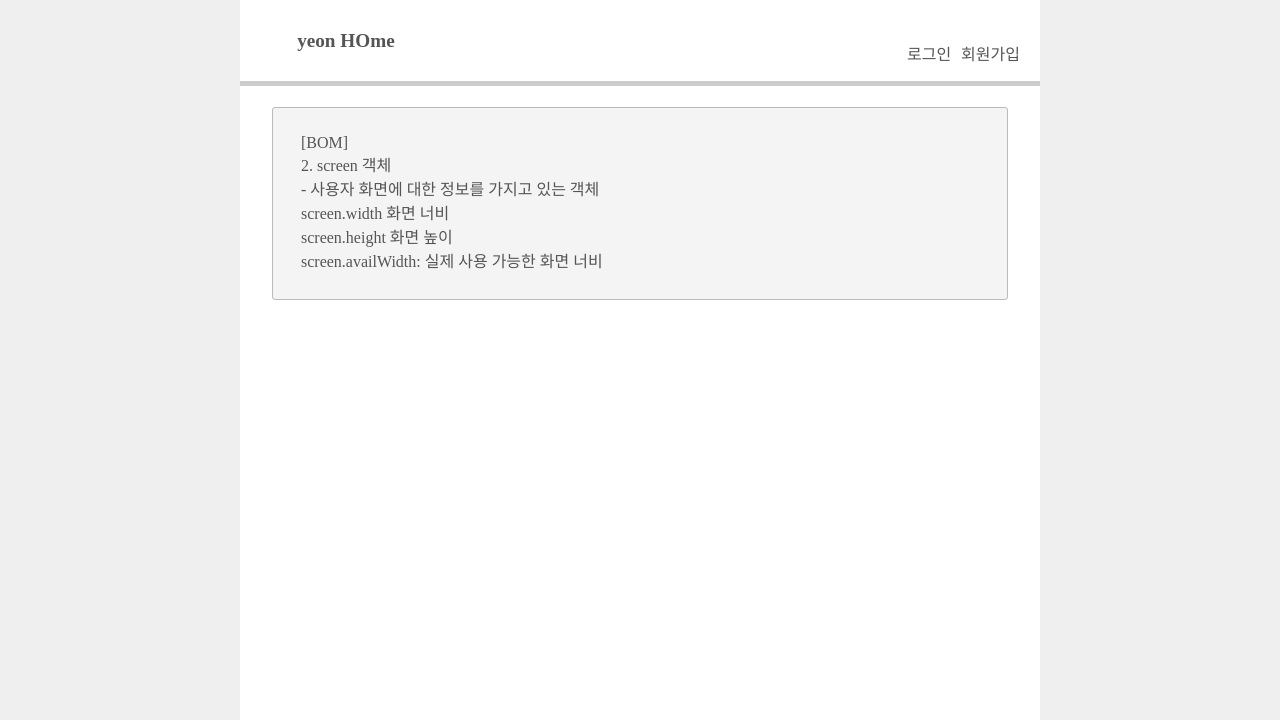
Repository: yeonhwa323/webPro
Page: webPro/src/main/webapp/javascript/days08/ex11.html
An editor plug-in stored every save of this project. The page is shown before and after the next save, followed by the edit.
The browser window is 1280 px wide. The pictures show the whole page.
Some web fonts or font styles are not loaded; a fallback is used.

Above is the page before, as saved 2024-04-16 05:36:57.

### webPro/src/main/webapp/javascript/days08/ex11.html
<!DOCTYPE html>
<html>
<head>
<meta charset="UTF-8">
<meta name="viewport" content="width=device-width, initial-scale=1.0">
<title>Insert title here</title>
<link rel="shortcut icon" type="image/x-icon" href="http://localhost/webPro/images/SiSt.ico">
<script src="https://ajax.googleapis.com/ajax/libs/jquery/3.7.1/jquery.min.js"></script>
<link rel="stylesheet" href="http://localhost/webPro/resources/cdn-main/example.css">
<script src="http://localhost/webPro/resources/cdn-main/example.js"></script>
<style>
 span.material-symbols-outlined{
   vertical-align: text-bottom;
 }
</style>
</head>
<body>
<header>
  <h1 class="main"><a href="#" style="position: absolute;top:30px;">yeon HOme</a></h1>
  <ul>
    <li><a href="#">로그인</a></li>
    <li><a href="#">회원가입</a></li>
  </ul>
</header>
<div>
  <xmp class="code">
   [BOM]
   2. screen 객체
   - 사용자 화면에 대한 정보를 가지고 있는 객체
   screen.width 화면 너비
   screen.height 화면 높이
   screen.availWidth: 실제 사용 가능한 화면 너비
  </xmp>
</div>
</body>
</html>

### webPro/src/main/webapp/resources/cdn-main/example.css
@charset "UTF-8";

@import url('https://fonts.googleapis.com/css2?family=Material+Symbols+Outlined:opsz,wght,FILL,GRAD@20..48,100..700,0..1,-50..200');

@font-face {
    font-family: 'GmarketSansMedium';
    src: url('https://cdn.jsdelivr.net/gh/projectnoonnu/noonfonts_2001@1.1/GmarketSansMedium.woff') format('woff');
    font-weight: normal;
    font-style: normal;
}

:root {
	--text-color: #555;
	--sub-text-color: #777;
	--back-color: #EFEFEF;
	--header-color: #444;
	--primary-color: #DEDEDE;
	--secondary-color: #EFEFEF;
	--default-width: 800px;
	--narrow-width: 500px;
	--wide-width: 1200px;
	--text-font: 'GmarketSansMedium';
	--icon-font: 'Material Symbols Outlined';
	--border-color: #CCC;
}

html, body {
	margin: 0;
	padding: 0;
}

html {
	background-color: var(--back-color);
	display: flex;
	justify-content: center;
	min-height: 100vh;
}

body, body.default {
	width: var(--default-width);
	background-color: white;
	padding-bottom: 120px;
}

body.wide {
	width: var(--wide-width);
}

body.narrow {
	width: var(--narrow-width);
}



body, p, div, span, a, input, select, option, textarea, button, table, th, td, label, fieldset, legend {
	font-family: var(--text-font);
	color: var(--text-color);
}

h1, h2, h3 {
	font-family: var(--text-font);
	color: var(--header-color);
	padding: 0 1rem;
	padding-top: .5rem;
}

div > h1, div > h2, div > h3 {
	padding: 0;
}

body > div, body > main > div {
	padding: 0.3rem 1rem;
}


h1 { font-size: 2rem; border-bottom: 1px solid var(--border-color); }
h1 small { font-size: 1.2rem; color: var(--sub-text-color); }
h2 { font-size: 1.5rem; border-bottom: 1px dashed var(--border-color); }
h2 small { font-size: 1.1rem; color: --sub-text-color; }
h3 { font-size: 1.2rem; }
h3 small { font-size: 1rem; color: --sub-text-color; }



h1.main::before {
	font-family: var(--icon-font);
  	content: '\e666';
  	margin-right: 10px;
  	float: left;
	font-size: 2.5rem;
}

h1.sub::before {
	font-family: var(--icon-font);
  	content: '\ea19';
  	margin-right: 10px;
  	float: left;
	font-size: 2.5rem;
}


h1.page::before {
	font-family: var(--icon-font);
  	content: '\e0e0';
  	margin-right: 10px;
  	float: left;
	font-size: 2.5rem;
}

body > header > ul > li > .active{
	background-color: #FFF;
	color:#F00;
}

body > header {
	display: flex;
	justify-content: space-between;
	border-bottom: 5px solid var(--border-color);
	min-height: 74px;
	background-color: #FFF;
}

body > header.sticky {
	position: sticky;
	top: 0;
	z-index: 98;
}

body > header > h1 {
	font-size: 1.2rem;
	border: 0;
}

body > header.in > h1::before {
	font-family: var(--icon-font);
  	content: '\e332‥';
  	margin-right: 3px;
  	float: left;
	font-size: 2rem;
}


body > header > ul {
	list-style-type: none;
	display: flex;
	align-items: flex-end;
	margin-right: 10px;
}

body > header > ul > li {
	margin-right: 10px;
	cursor: pointer;
}

body > header > ul > li > a {
	cursor: pointer;
}


form {
	display: block;
}

form > div {
	padding: 0.3rem 1rem;
}

div > form > div {
	padding: 0.3rem 0;
}

input, textarea, button, select {
	border: 1px solid #BBB;
	border-radius: 3px;
	outline: none;
	resize: none;
	padding: 7px;
	margin: 0;
}

input[type=text]:read-only, textarea:read-only {
	cursor: not-allowed;
	background-color: #FFF;
}

input[type=text]:disabled, textarea:disabled {
	cursor: not-allowed;
	background-color: #EEE;
}

input[type=text], input[type=password], textarea, button, select {
	/* width: 300px; */
}

textarea {
	display: block;
	height: 100px;
}

input[type=button], input[type=submit], button {
	/* width: inherit; */
}

input.short, textarea.short, button.short, select.short {
	width: 100px;
}

input.long, textarea.long, button.long, select.long {
	width: 350px;
}

.narrow input.long, .narrow textarea.long, .narrow button.long, .narrow select.long {
	width: calc(100% - 20px);
}

input.full, textarea.full, button.full, select.full {
	width: calc(100% - 20px);
}

textarea.short {
	height: 50px;
}

textarea.long {
	height: 100px;
}

textarea.full {
	height: 200px;
}

input, textarea {
	padding-top: 8px;
}

input[type=button], input[type=submit], button {
	padding: 5px 10px;
	background-color: var(--secondary-color);
	cursor: pointer;
	min-height: 36px;
}

input[type=button].primary, input[type=submit].primary, button.primary {
	/* background-color: rgba(100, 149, 237, .2); */
	background-color: var(--primary-color);
}

input[type=button].primary:hover, input[type=submit].primary:hover, button.primary:hover {
	/* background-color: rgba(100, 149, 237, .3); */
	background-color: var(--secondary-color);
}

input[type=button]:hover, input[type=submit]:hover, button:hover {
	background-color: var(--primary-color);
}

button {
	position: relative;
	left: 0;
	top: 0;
	padding-left: 35px;
}

button .material-symbols-outlined {
	position: absolute;
	left: 10px;
	top: 4px;
}

/* k2nik add */
button.login::before {
	font-family: var(--icon-font);
  	content: '\ea77';
	position: absolute;
	left: 11px;
	top: 4px;
	font-size: 1.25rem;
}

/* k2nik logout */
button.logout::before {
	font-family: var(--icon-font);
  	content: '\e9ba';
	position: absolute;
	left: 11px;
	top: 4px;
	font-size: 1.25rem;
}

/* k2nik help */
button.help::before {
	font-family: var(--icon-font);
  	content: '\f1c0';
	position: absolute;
	left: 11px;
	top: 4px;
	font-size: 1.25rem;
}

button.add::before{
	font-family: var(--icon-font);
  	content: '\e746';
	position: absolute;
	left: 11px;
	top: 4px;
	font-size: 1.25rem;
}

button.back::before {
	font-family: var(--icon-font);
  	content: '\e166';
	position: absolute;
	left: 11px;
	top: 4px;
	font-size: 1.25rem;
}

button.list::before {
	font-family: var(--icon-font);
  	content: '\e0ee';
	position: absolute;
	left: 11px;
	top: 4px;
	font-size: 1.25rem;
}


button.del::before {
	font-family: var(--icon-font);
  	content: '\e872';
	position: absolute;
	left: 11px;
	top: 4px;
	font-size: 1.25rem;
}


button.edit::before {
	font-family: var(--icon-font);
  	content: '\e745';
	position: absolute;
	left: 11px;
	top: 4px;
	font-size: 1.25rem;
}


button.login::before {
	font-family: var(--icon-font);
  	content: '\ea77';
	position: absolute;
	left: 11px;
	top: 4px;
	font-size: 1.25rem;
}


button.logout::before {
	font-family: var(--icon-font);
  	content: '\e9ba';
	position: absolute;
	left: 11px;
	top: 4px;
	font-size: 1.25rem;
}


button.in::before {
	font-family: var(--icon-font);
  	content: '\f71a';
	position: absolute;
	left: 11px;
	top: 4px;
	font-size: 1.25rem;
}


button.out::before {
	font-family: var(--icon-font);
  	content: '\f70e';
	position: absolute;
	left: 11px;
	top: 4px;
	font-size: 1.25rem;
}


button.reply::before {
	font-family: var(--icon-font);
  	content: '\e15e';
	position: absolute;
	left: 11px;
	top: 4px;
	font-size: 1.25rem;
}


button.comment::before {
	font-family: var(--icon-font);
  	content: '\e0b9';
	position: absolute;
	left: 11px;
	top: 4px;
	font-size: 1.25rem;
}


button.modal::before {
	font-family: var(--icon-font);
  	content: '\e89e';
	position: absolute;
	left: 11px;
	top: 4px;
	font-size: 1.25rem;
}


button.ok::before {
	font-family: var(--icon-font);
  	content: '\e86c';
	position: absolute;
	left: 11px;
	top: 4px;
	font-size: 1.25rem;
}


button.cancel::before {
	font-family: var(--icon-font);
  	content: '\e5c9';
	position: absolute;
	left: 11px;
	top: 4px;
	font-size: 1.25rem;
}

button.search::before {
	font-family: var(--icon-font);
  	content: '\e8b6';
	position: absolute;
	left: 11px;
	top: 4px;
	font-size: 1.25rem;
}

button.home::before {
	font-family: var(--icon-font);
  	content: '\e88a';
	position: absolute;
	left: 11px;
	top: 4px;
	font-size: 1.25rem;
}


button.sidebar::before {
	font-family: var(--icon-font);
  	content: '\f7e4';
	position: absolute;
	left: 11px;
	top: 4px;
	font-size: 1.25rem;
}


button.sidebar-right::before {
	font-family: var(--icon-font);
  	content: '\f7e5';
	position: absolute;
	left: 11px;
	top: 4px;
	font-size: 1.25rem;
}




button::before {
	font-family: var(--icon-font);
  	content: '\e323';
	position: absolute;
	left: 11px;
	top: 4px;
	font-size: 1.25rem;
}


table {
	border-collapse: collapse;
	margin: 1rem;
	box-sizing: border-box;
	width: calc(100% - 32px);
}

table.content {
	width: auto;
}

div > table {
	margin: 0;
}

table th, table td {
	border: 1px solid var(--border-color);
	padding: 7px;
	font-weight: normal;
}

table th {
	background-color: var(--back-color);
}

table.vertical th {
	width: 150px;
}

table.vertical td {
	width: calc(100% - 182px);
	padding-left: 10px;
}

table.content td, table.content th {
	width: auto;
}

body.narrow table.vertical th {
	width: 100px;
}

body.narrow table.vertical td {
	width: calc(100% - 182px);
}


table + table {
	margin-top: 30px;
}


p {
	padding: 0 1rem;
}

a {
	text-decoration: none;
}

a:hover {
	color: rgba(255, 99, 71, .7);
}

hr {
	border: 0;
	border-top: 1px solid var(--border-color);
	margin: 2rem 0;
}

.message {
	border: 1px solid var(--border-color);
	background-color: #EFEFEF;
	margin: 1rem;
	width: auto;
	padding-top: 10px;
	padding-bottom: 10px;
	font-size: 14px;
}

.message[title]::before {
	content: attr(title);
	display: block;
	border-bottom: 1px solid var(--border-color);
	padding-bottom: 5px;
	margin-bottom: 10px;
	margin-top: 7px;
}

.message.short {
	max-width: 250px;
}

.message.long {
	max-width: 500px;
}

.badge {
	float: right;
	font-size: .8rem;
	margin-top: 2px;
	margin-right: 2px;
	text-shadow: 0 0 7px gray;
}

.badge.left {
	float: none;
	margin-left: 2px;
}

.badge.right {
	float: right;
}

.badge.red {
	border-radius: 50%;
	padding: 2px 5px;
	background-color: rgb(255, 99, 71, .3);
}

.badge.yellow {

	border-radius: 50%;
	padding: 2px 5px;
	background-color: rgb(255, 215, 0, .5);
}

.badge.blue {
	border-radius: 50%;
	padding: 2px 5px;
	background-color: rgb(100, 149, 237, .3);
}

label + label {
	margin-left: 7px;
}

label input[type=checkbox], label input[type=radio] {
	transform: translate(0, 1px);
}

.group {
	display: flex;
}

.modal-content .group {
	margin-bottom: .5rem;
}

.group label {
	border: 1px solid #BBB;
	border-radius: 3px;
	outline: none;
	resize: none;
	padding: 7px 14px;
	margin: 0;
	border-top-right-radius: 0;
	border-bottom-right-radius: 0;
	background-color: #EFEFEF;
	white-space: nowrap;
	font-size: 14px;
}

.group input[type=text] {
	margin-left: -1px;
	border-top-left-radius: 0;
	border-bottom-left-radius: 0;
}

.group select {
	margin-left: -1px;
	border-top-left-radius: 0;
	border-bottom-left-radius: 0;
}

.group input.full[type=text] {
	margin-left: -1px;
	border-top-left-radius: 0;
	border-bottom-left-radius: 0;
	width: 100%;
}

.group input[type=button]:first-child, .group button:first-child {
	border-top-left-radius: 3px;
	border-bottom-left-radius: 3px;
	margin-left: 0px;
}

.group input[type=button], .group button {
	border-radius: 0;
	margin-left: -1px;
}

.group input[type=button]:last-child, .group button:last-child {
	margin-left: -1px;
	border-top-right-radius: 3px;
	border-bottom-right-radius: 3px;
}

.seperate {
	display: flex;
	justify-content: space-between;
}

div.list {
	width: max-content;
	margin: 1rem;
	border: 1px solid #BBB;
	border-radius: 3px;
	padding: 0;
}

div.list.full {
	width: auto;
	display: block;
	margin: 1rem;
	border: 1px solid #BBB;
	border-radius: 3px;
	padding: 0;
}

div.list > div {
	padding: .5rem 1rem;
	margin: 0;
	border-bottom: 1px solid #BBB;
}

div.list > div:last-child {
	border-bottom: 0;
}

pre.code , xmp.code{
	font-family: consols;
	background-color: rgba(150, 150, 150, .1);
	border: 1px solid #BBB;
	border-radius: 3px;
	padding: .5rem 1rem;
	padding-bottom: .6rem;
	margin: 1rem;
}




*[data-modal-window] {
	position: fixed;
	background-color: rgba(0, 0, 0, .3);
	left: 0;
	top: 0;
	display: none;
	justify-content: center;
	align-items: flex-start;
	width: 100%;
	min-height: 100vh;
	z-index: 100;
	opacity: 0;
	transition: 500ms all;
}

*[data-modal-window] .modal-container {
	border-radius: 5px;
	padding: 1rem;
	padding-bottom: .5rem;
	margin-top: -500px;
	opacity: 0;
	width: 500px;
	background-color: #FFF;
	margin-right: 2rem;
	transition: 500ms all;
}

*[data-modal-size=content] .modal-container {
	width: auto;
}

*[data-modal-size=narrow] .modal-container {
	width: 300px;
}

*[data-modal-size=wide] .modal-container {
	width: 760px;
}


*[data-modal-window] .modal-header {
	border-bottom: 1px solid var(--border-color);
	padding: 2px 5px;
}

*[data-modal-window] .modal-content {
	padding: 1rem 5px;
}

*[data-modal-window] .modal-content div:last-child {
	margin-top: 1rem;
	text-align: right;
}



*[data-sidebar-window] {
	position: fixed;
	background-color: #FFF;
	left: 0;
	top: 0;
	display: block;
	width: 300px;
	border-right: 1px solid var(--border-color);
	box-sizing: border-box;
	box-shadow: 0 0 3px var(--back-color);
	min-height: 100vh;
	z-index: 99;
	transform: translate(-300px, 0);
	transition-duration: 500ms;
	transition-property: transform;
}

*[data-sidebar-direction=right] {
	left: auto;
	right: 0;
	transform: translate(300px, 0);
	border-left: 1px solid var(--border-color);
}

*[data-sidebar-size=wide] {
	width: 500px;
	transform: translate(-500px, 0);
}

*[data-sidebar-window] .sidebar-title {
	border-bottom: 1px solid var(--border-color);
	margin-top: 20px;
	margin-bottom: 20px;
	padding-bottom: 5px;
	display: flex;
	justify-content: space-between;
}

*[data-sidebar-window] .sidebar-title span:last-child {
	cursor: pointer;
}


/* K2Nik pagination */
.center {
  text-align: center;
}

.pagination {
  display: inline-block;
}

.pagination a {
  color: black;
  float: left;
  padding: 3px 6px;
  text-decoration: none;
  transition: background-color .3s;
  border: 1px solid #ddd;
  margin: 0 3px;
}

.pagination a.active {
  background-color: #4CAF50;
  color: white;
  border: 1px solid #4CAF50;
}

.pagination a:hover:not(.active) {background-color: #ddd;}

### webPro/src/main/webapp/resources/cdn-main/example.js

window.onload = () => {

    const list = document.querySelectorAll('input, textarea');

    list.forEach(item => {
        item.setAttribute('autocomplete', 'off');
    });


    const modal_btn_list = document.querySelectorAll('*[data-modal-button]');

    modal_btn_list.forEach(item => {
        item.onclick = function() {

            const name = this.dataset['modalButton'];
            const modal_window = document.querySelector('*[data-modal-window=' + name);

            const container = document.createElement('div');
            container.className = 'modal-container';



            const modal_header = document.createElement('div');
            modal_header.textContent = modal_window.dataset['modalTitle'];
            modal_header.className = 'modal-header';
            container.appendChild(modal_header);

            const modal_content = document.createElement('div');
            modal_content.className = 'modal-content';
            container.appendChild(modal_content);

            Array.from(modal_window.childNodes).forEach(item => {
                modal_content.appendChild(item);
            });

            modal_window.appendChild(container);

            modal_window.style.display = 'flex';

            setTimeout(() => {
                modal_window.style.opacity = 1;
                container.style.marginTop = '20px';
                container.style.opacity = 1;
            }, 50);


            const modal_ok = document.querySelector('*[data-modal-ok=' + name);
            modal_ok.addEventListener('click', function() {
                modal_window.style.opacity = 0;
                container.style.marginTop = '-500px';
                container.style.opacity = 0;

                setTimeout(() => {
                    modal_window.innerHTML = modal_content.innerHTML;
                    modal_window.style.display = 'none';
                }, 500);

            });

            const modal_cancel = document.querySelector('*[data-modal-cancel=' + name);
            modal_cancel.addEventListener('click', function() {

                modal_window.style.opacity = 0;
                container.style.marginTop = '-500px';
                container.style.opacity = 0;

                setTimeout(() => {
                    modal_window.innerHTML = modal_content.innerHTML;
                    modal_window.style.display = 'none';
                }, 500);
            });


        };
    });


    const sidebar_btn_list = document.querySelectorAll('*[data-sidebar-button]');

    sidebar_btn_list.forEach(item => {
        item.onclick = function() {



            const name = this.dataset['sidebarButton'];
            const sidebar_window = document.querySelector('*[data-sidebar-window=' + name);

            if (sidebar_window.style.transform == 'translate(0px, 0px)') return;



            sidebar_window.style.transform = 'translate(0, 0)';

            const sidebar_title = document.createElement('div');
            sidebar_title.className = 'sidebar-title';
            sidebar_title.innerHTML = '<span>' + sidebar_window.dataset['sidebarTitle'] + '</span><span class="material-symbols-outlined">close</span>';

            sidebar_title.children[1].onclick = function() {

                let sign = 1;
                let distance = 300;

                if (sidebar_window.dataset['sidebarDirection'] != 'right') {
                    sign = -1;
                } else {
                    sign = 1;
                }

                if (sidebar_window.dataset['sidebarSize'] != 'wide') {
                    distance = 300;
                } else {
                    distance = 500;
                }

                distance *= sign;

                sidebar_window.style.transform = 'translate(' + distance + 'px, 0)';

                setTimeout(function() {
                    sidebar_window.removeChild(sidebar_window.children[0]);
                }, 500);
            };


            sidebar_window.prepend(sidebar_title);

        }
    });

};

// window.onkeydown = function(event) {

//     if (event.keyCode == 27) {
//         if (document.querySelector('[data-modal-window').style.display == 'flex') {
//             document.querySelector('[data-modal-window').style.display = 'none';
//         }
//     }

// };

After the next save:
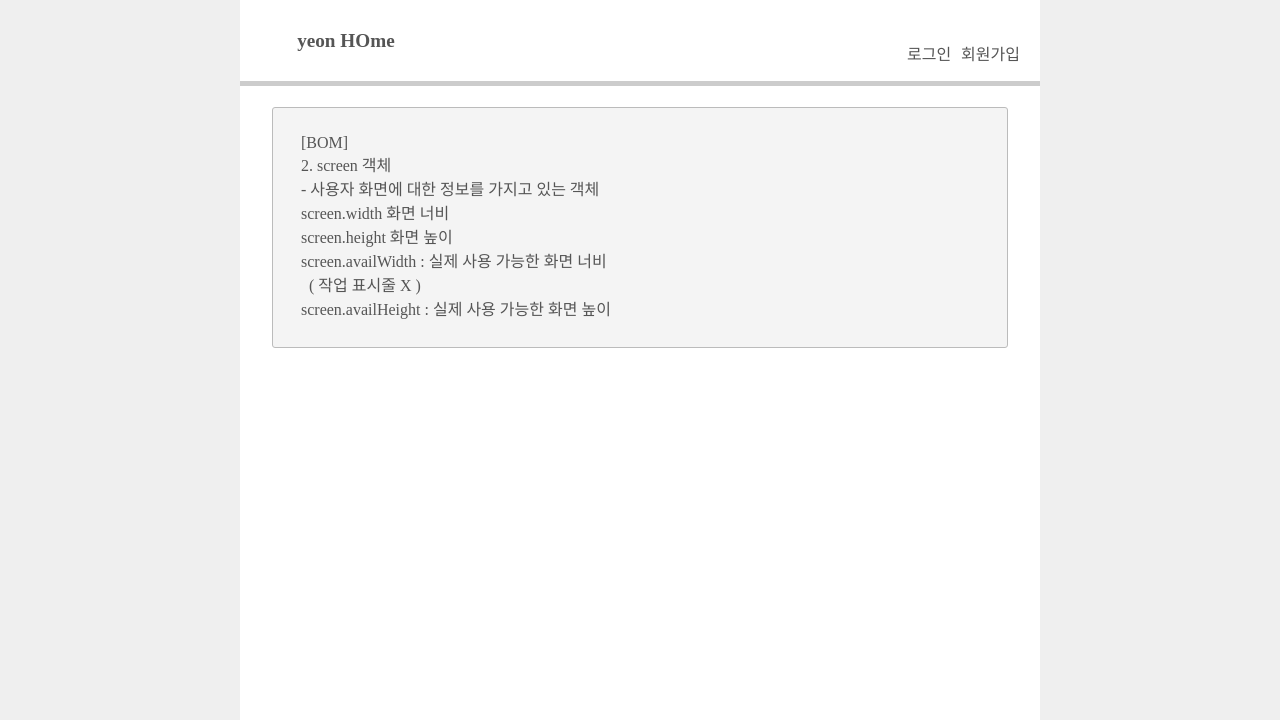
Saved 41 s later.
--- a/webPro/src/main/webapp/javascript/days08/ex11.html
+++ b/webPro/src/main/webapp/javascript/days08/ex11.html
@@ -29,7 +29,9 @@
    - 사용자 화면에 대한 정보를 가지고 있는 객체
    screen.width 화면 너비
    screen.height 화면 높이
-   screen.availWidth: 실제 사용 가능한 화면 너비
+   screen.availWidth : 실제 사용 가능한 화면 너비
+     ( 작업 표시줄 X )
+   screen.availHeight : 실제 사용 가능한 화면 높이
   </xmp>
 </div>
 </body>
